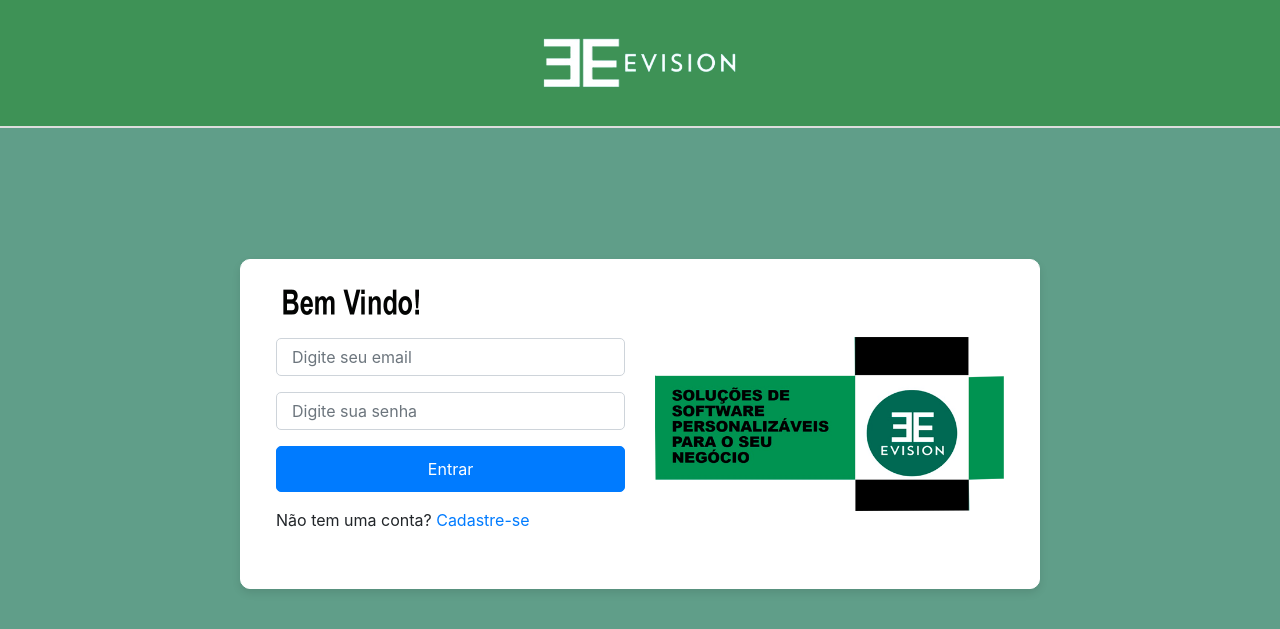
Repository: AndersonSchinemann/projetoTeste
Page: Evision/src/main/resources/static/access/templates/loginUser.html
These files come from the project's save history. The page is drawn as it stood at one moment and after the next save; the edit follows.
The browser window is 1280 px wide. The pictures show the whole page.
Some web libraries are served in a nearby version.

Above is the page before, as saved 2024-05-21 18:44:17.

### Evision/src/main/resources/static/access/templates/loginUser.html
<!DOCTYPE html>
<html xmlns:th="http://www.thymeleaf.org" lang="pt-br" xmlns:sec="http://www.thymeleaf.org/thymeleaf-extras-springsecurity6">
<head>
  <meta charset="UTF-8">
  <meta name="viewport" content="width=device-width, initial-scale=1.0">
  <title>Tela de Login</title>
  <link rel="stylesheet" href="https://maxcdn.bootstrapcdn.com/bootstrap/4.5.2/css/bootstrap.min.css">
  <link rel="stylesheet" href="/access/css/style.css">
  <script src="https://ajax.googleapis.com/ajax/libs/angularjs/1.8.2/angular.min.js"></script>
  <script src="/access/js/controllerLogin.js"></script>
  <style>

  </style>
</head>
<body ng-app="myLogin" ng-controller="LoginController">
  <div class="col-12 my-logo-custom">
    <div class="w-100">
      <img src="/access/img/logoTopo.png" alt="Imagem Grande" class="img-fluid custom-img-size">
    </div>
  </div>

  <div class="container">
    <div class="row box-effect">
      <!-- Formulário de Login -->
      <div class="col-12 col-md-6 my-custom-margin">
        <h2><img src="/access/img/bemVindo.png" alt="Imagem Grande" class="img-fluid custom-img-size"></h2>
        <form>
          <div class="form-group">
            <input type="email" name="email" class="form-control" id="email" ng-model="login.email" placeholder="Digite seu email">
          </div>
          <div class="form-group">
            <input type="password" name="password" class="form-control" id="password" ng-model="login.password" placeholder="Digite sua senha">
          </div>
          <button type="button" class="btn btn-primary" ng-click="acessoLogin()">Entrar</button>
        </form>
        <div class="mt-3">
          <p>Não tem uma conta? <a href="/cadastro">Cadastre-se</a></p>
        </div>
      </div>
      <!-- Imagem -->
      <div class="col-12 col-md-6 my-custom-margin-img">
        <div class="image-container">
          <img src="/access/img/logo_1.png" alt="Imagem Grande" class="img-fluid">
        </div>
      </div>
    </div>
  </div>

  <script src="https://code.jquery.com/jquery-3.5.1.slim.min.js"></script>
  <script src="https://cdn.jsdelivr.net/npm/@popperjs/core@2.5.3/dist/umd/popper.min.js"></script>
  <script src="https://stackpath.bootstrapcdn.com/bootstrap/4.5.2/js/bootstrap.min.js"></script>
</body>
</html>

### Evision/src/main/resources/static/access/css/style.css
/* Basic styles */
 body {
      display: flex;
      flex-direction: column;
      min-height: 100vh;
      background-color: #609e89;
    }
    .container {
      flex: 1;
      display: flex;
      align-items: center;
      justify-content: center;
    }
    .box-effect {
      border: 1px solid #ffff;
      border-radius: 10px;
      box-shadow: 0 4px 8px rgba(0, 0, 0, 0.1);
      padding: 20px;
      background-color: #fff;
      max-width: 800px;
      width: 100%;
    }
    .my-logo-custom {
      text-align: center;
      padding: 20px;
      background-color: #3e9256;
      border-bottom: 2px solid #ddd;
    }
    .my-logo-custom img {
      width: 200px;
      height: auto;
    }
    .custom-img-size {
      width: 150px;
      height: auto;
    }
    .my-custom-margin {
      margin-bottom: 20px;
    }
    .my-custom-margin-img {
      display: flex;
      align-items: center;
      justify-content: center;

    }
    .image-container img {
      width: 100%;
      max-width: 400px;
      height: auto;
    }
    .form-group input {
      padding: 15px;
      border-radius: 5px;
      border: 1px solid #ced4da;
    }
    .btn-primary {
      width: 100%;
      padding: 10px;
      font-size: 16px;
      border-radius: 5px;
    }

.topbar {
	position: fixed;
	top: 0;
	left: 0;
	right: 0;
	background-color: #cff7cc;
	color: #171414;
	display: flex;
	justify-content: flex-end;
	align-items: center;
	padding: 20px;
	margin-left: 20%;
	/* Ajuste o valor de acordo com a largura do seu sidebar */
	border-bottom: 1px solid #ccc;
	/* Adiciona uma linha na parte inferior */
}

.content {
	background-color: #cff7cc;
	overflow-y: auto;
	color: #171414;
	display: flex;
	justify-content: flex-end;
	align-items: center;
	padding: 20%;
	margin-left: 20%;
	/* Ajuste o valor de acordo com a largura do seu sidebar */
	border-bottom: 1px solid #ccc;
	/* Adiciona uma linha na parte inferior */
}

.topbar12,
.notifications {
	border-radius: 10%;
	width: 30px;
	height: 30px;
	background-color: #b7f4b3;
	position: relative;
	align-items: center;
	padding: 10px;
}

.topbar12,
.user {
	border-radius: 13%;
	width: 30px;
	height: 30px;
	background-color: #f9ccfe;
	position: relative;
	align-items: center;
	padding: 10px;
}

.notifications,
.user {
	margin-right: 20px;
	cursor: pointer;
	transition: color 0.3s;
}

.notification-icon,
.user-avatar {
	border-radius: 50%;
	width: 30px;
	height: 30px;
	margin-right: 10px;

}

.notification-dropdown,
.user-dropdown {
	background-color: #f4f4f4;
	display: block;
	position: absolute;
	top: 100%;
	right: 0;
	background-color: #f4f4f4;
	min-width: 120px;
	box-shadow: 0 2px 4px rgba(0, 0, 0, 0.1);
	border-radius: 10%;
	z-index: 1;
}

.notification-dropdown p,
.user-dropdown p {
	padding: 10px;
	margin: 0;
	cursor: pointer;
}

.topbar13 {
	display: inline-block;
	width: 40px;
	/* Defina o tamanho do quadrado */
	height: 40px;
	/* Defina o tamanho do quadrado */
	border: 2px solid #333;
	/* Cor e largura da borda */
	border-radius: 5px;
	/* Borda arredondada */
	overflow: hidden;
	/* Garante que os ícones não ultrapassem os limites do quadrado */
	margin-right: 10px;
	/* Espaçamento entre os ícones */
}

.flex-center {
	display: flex;
	justify-content: center;
	align-items: center;
}

.position-center {
	position: relative;
}

.position-center i {
	position: absolute;
	top: 70%;
	left: 70%;
	transform: translate(-70%, -70%);
}

.notification-badge {
	position: absolute;
	top: -5px;
	right: -5px;
}

.sidebar {
	border-radius: 3%;
	background-color: #0047;
	width: 20%;
	height: 100vh;
	top: 0;
	left: 0;
	position: fixed;
	overflow-y: auto;
}

.menu {
	list-style-type: none;
	padding: 0;
	margin: 0;
}

.nav-link {
	padding: 10px;
	cursor: pointer;
	border-bottom: 1px solid #ccc;
}

.other-info {
	padding: 10px;
}

### Evision/src/main/resources/static/access/js/controllerLogin.js
var app = angular.module('myLogin', []);

app.controller('LoginController', function($scope, $http, $window) {
    $scope.login = {};

    $scope.acessoLogin = function() {
        $http.post('/authenticate', $scope.login)
            .then(function(response) {
                console.log("Response status: " + response.status);
                console.log("ResponseAnder data: " + response.data);
                alert(response.data);

                if (response.status === 200) {
                    var token = response.data;
                    if (token) {
                        alert('Usuario Liberado.');
                        localStorage.setItem('authToken', token);
                        $http.defaults.headers.common['Authorization'] = 'Bearer ' + token;
                        $window.location.href = '/dashboard';
                    } else {
                        alert('Erro na autenticação: token não recebido.');
                        console.error('Erro: token não recebido na resposta da autenticação.');
                    }
                } else {
                    alert('Erro no login: ' + response.status);
                    console.error('Erro no login:', response.status);
                }
            })
            .catch(function(error) {
                alert("Usuario não encontrado");
                console.error('Erro ao processar a solicitação:', error);
            });
    };
});

After the next save:
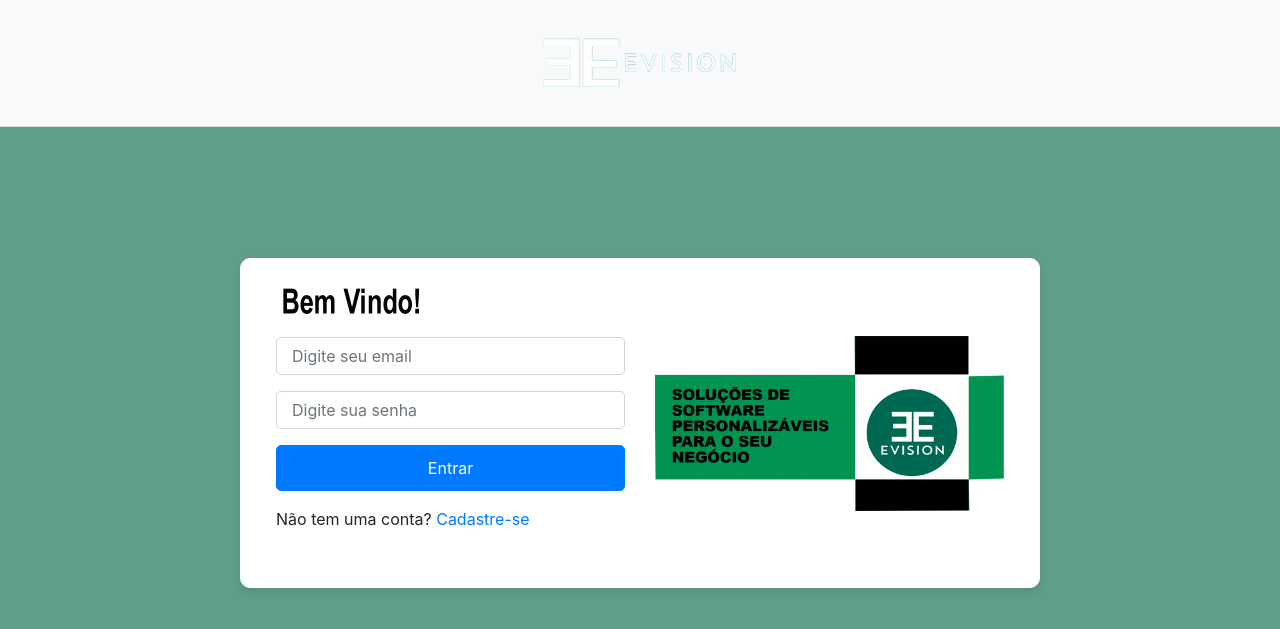
Saved 4 min 44 s later.
--- a/Evision/src/main/resources/static/access/css/style.css
+++ b/Evision/src/main/resources/static/access/css/style.css
@@ -59,7 +59,47 @@
       font-size: 16px;
       border-radius: 5px;
     }
-
+.my-logo-custom {
+      text-align: center;
+      padding: 20px;
+      background-color: #f8f9fa;
+      border-bottom: 1px solid #ddd;
+      position: relative; /* Para posição absoluta do texto */
+    }
+    .my-logo-custom img {
+      width: 200px;
+      height: auto;
+      position: relative;
+      z-index: 1; /* Para ficar acima da sobreposição */
+    }
+    .login-overlay {
+      position: absolute;
+      top: 0;
+      left: 0;
+      width: 100%;
+      height: 100%;
+      background-color: rgba(0, 0, 0, 0.5); /* Sobreposição semitransparente */
+      border-radius: 10px;
+      display: flex;
+      align-items: center;
+      justify-content: center;
+      z-index: 0; /* Colocado atrás da imagem */
+      opacity: 0;
+      transition: opacity 0.3s ease; /* Efeito de transição */
+    }
+    .my-logo-custom:hover .login-overlay {
+      opacity: 1; /* Mostra a sobreposição ao passar o mouse */
+    }
+    .login-text {
+      color: #fff;
+      font-size: 24px;
+      text-align: center;
+    }
+    .my-logo-custom h2 {
+      margin-bottom: 0;
+      position: relative;
+      z-index: 2; /* Para ficar acima da sobreposição */
+    }
 .topbar {
 	position: fixed;
 	top: 0;
